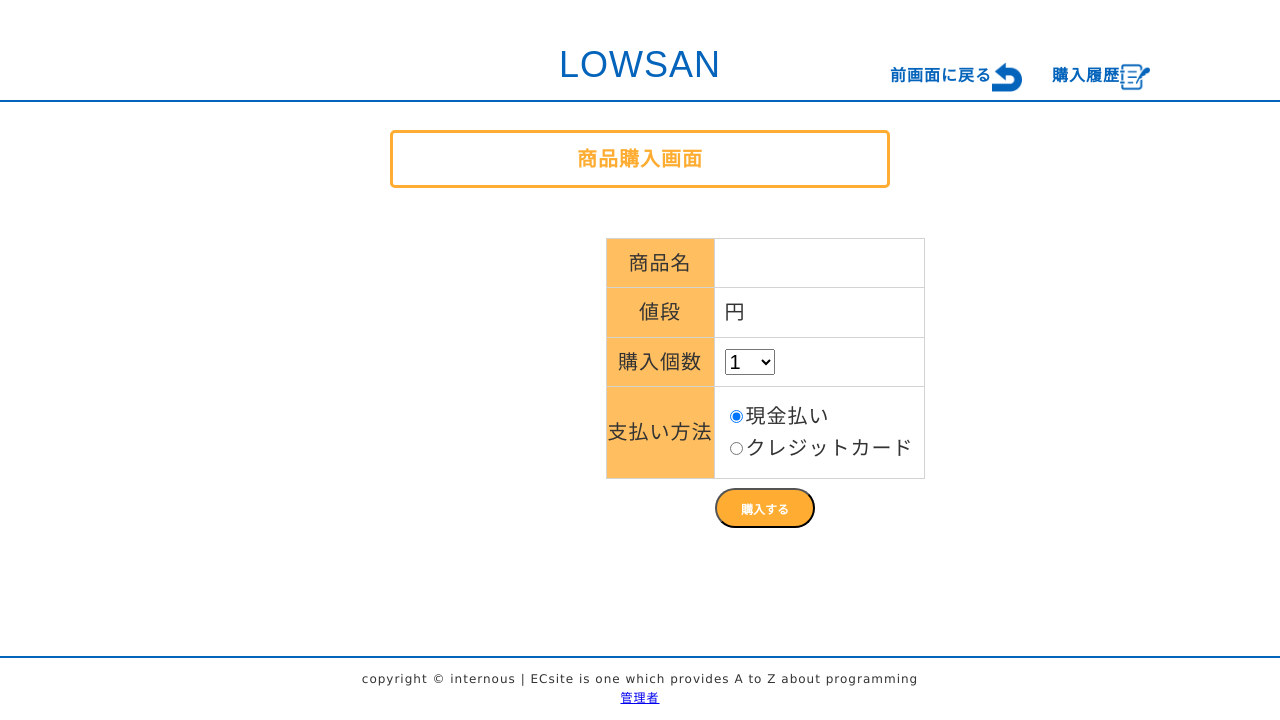
Repository: nishimura0212/myECsite
Page: http://localhost/ecsite/buyItem.jsp
An editor plug-in stored every save of this project. The page is shown before and after the next save, followed by the edit.
The browser window is 1280 px wide. The pictures show the whole page.
The page is served by Tomcat 9.

Above is the page before, as saved 2019-01-02 11:38:02.

After the next save:
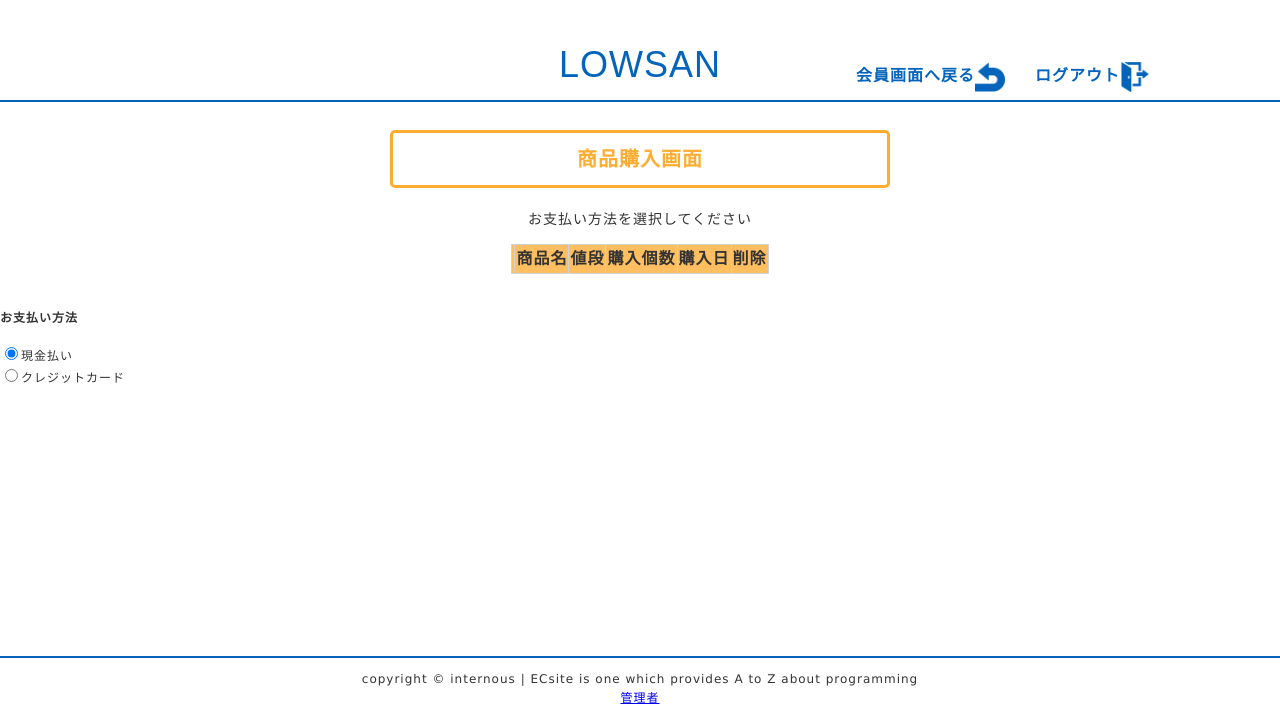
Saved 12 min 34 s later.
--- a/ecsite/WebContent/buyItem.jsp
+++ b/ecsite/WebContent/buyItem.jsp
@@ -18,14 +18,13 @@
 		<div id="header-icon">
 			<ul>
 				<li class="icon">
-					<form method="post" name="form1" action="GoSelectItemAction">
-    				<input type="hidden" name="category" value="1">
-    				<a href="javascript:form1.submit()">前画面に戻る<img src="./img/icon/back.png" width="30px" height="30px"></a>
-					</form>
+					<a href="GoUserAction">
+					会員画面へ戻る<img src="./img/icon/back.png" width="30px" height="30px">
+					</a>
 				</li>
 				<li class="icon">
-					<a href="BuyHistoryAction">
-					購入履歴<img src="./img/icon/History.png" width="30px" height="30px">
+					<a href="LogoutAction">
+					ログアウト<img src="./img/icon/logout.png" width="30px" height="30px">
 					</a>
 				</li>
 			</ul>
@@ -36,42 +35,34 @@
 			<p>商品購入画面</p>
 		</div>
 		<div>
-			<s:if test="errorMessage != ''">
-				<s:property value="errorMessage" />
-			</s:if>
-		</div>
-		<div class="containerA">
-			<s:form action="BuyItemAction" cssClass="flex-container">
-				<p class="left">
-					<img src='<s:property value="itemImage"/>'>
-				</p>
-				<table class="right">
+			<p class="comment">お支払い方法を選択してください</p>
+			<s:form action="DeleteConfirmAction">
+				<table class="history-table">
 					<tr>
-						<td class="td-left"><span>商品名</span></td>
-						<td class="td-right"><s:property value="#session.buyItem_name" /><br></td>
+						<th></th>
+						<th>商品名</th>
+						<th>値段</th>
+						<th>購入個数</th>
+						<th>購入日</th>
+						<th>削除</th>
 					</tr>
-					<tr>
-						<td class="td-left"><span>値段</span></td>
-						<td class="td-right"><s:property value="#session.buyItem_price" /> <span>円</span>
-						</td>
-					</tr>
-					<tr>
-						<td class="td-left"><span>購入個数</span></td>
-						<td class="td-right"><select name="count" class="select">
-								<option value="1" selected="selected">1</option>
-								<option value="2">2</option>
-								<option value="3">3</option>
-								<option value="4">4</option>
-								<option value="5">5</option>
-						</select></td>
-					</tr>
-					<tr>
-						<td class="td-left"><span>支払い方法</span></td>
-						<td class="td-right"><input type="radio" name="pay" value="1" checked="checked">現金払い
-							 <br><input type="radio" name="pay"value="2">クレジットカード</td>
-					</tr>
-					<s:submit value="購入する" cssClass="single_btn" align="center"/>
+					<s:iterator value="cartList">
+						<tr>
+							<td class="td-img"><img
+								src='<s:property value="itemImage"/>' class="buy-item-image"></td>
+							<td><s:property value="item" /></td>
+							<td><s:property value="totalPrice" /><span>円</span></td>
+							<td><s:property value="totalCount" /><span>個</span></td>
+							<td><s:property value="insert_date" /></td>
+							<td><input type="checkbox" name="delete"
+								value='<s:property value="id"/>' /></td>
+						</tr>
+					</s:iterator>
 				</table>
+				<br>
+				<h4>お支払い方法</h4>
+				<input type="radio" name="pay" value="1" checked="checked">現金払い
+				<br><input type="radio" name="pay"value="2">クレジットカード
 			</s:form>
 		</div>
 	</div>
@@ -79,6 +70,5 @@
 		<p>copyright &copy; internous | ECsite is one which provides A to Z about programming<br/>
 		<a href = '<s:url action="AdminAction"/>'>管理者</a></p>
 	</div>
-
 </body>
 </html>
